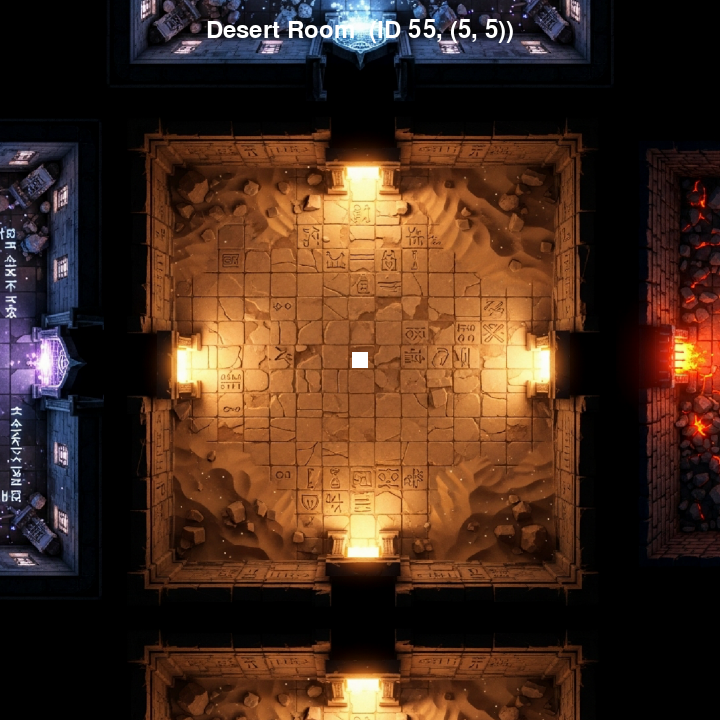
Repository: MehediMim/GateBound
Script's output: python main.py
The author's editor kept a copy of each file at every save. The script's output is drawn from the files as they stood at one save, then again after a run of saves.
The window is shown after at most 60 frames with no key pressed. Random numbers start from a fixed seed. It also reads assets/bg_arcane.png, assets/bg_desert.png, assets/bg_ice.png, assets/bg_jungle.png, assets/bg_volcanic.png.

Above is the script's output before, as saved 2026-01-26 18:33:02.

After the next 2 saves:
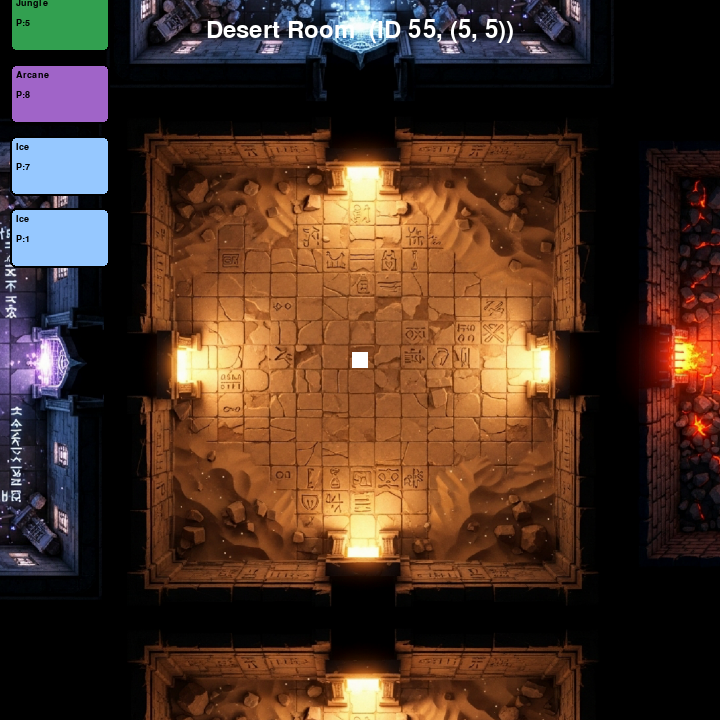
The 2 saves are shown as one change because they came seconds apart.
The last was saved 30 s later.
--- a/main.py
+++ b/main.py
@@ -367,7 +367,7 @@ while True:
         draw_debug()
         draw_debug_info()
         draw_minimap()
-        draw_cards()
-
+
+    draw_cards()
 
     pygame.display.flip()
